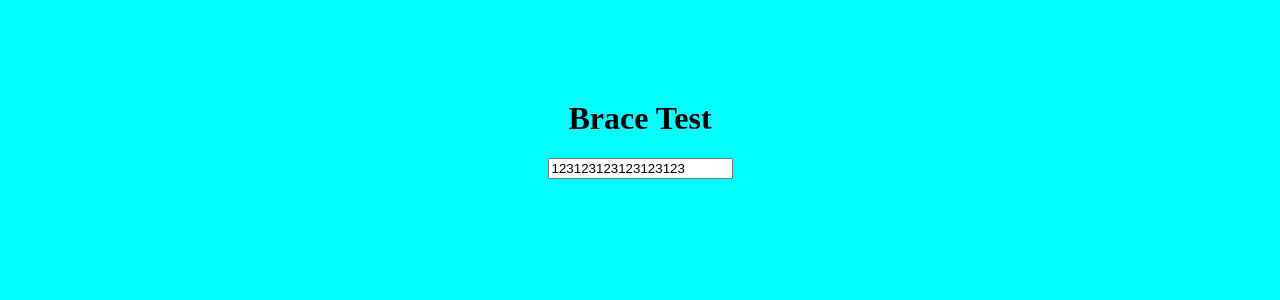
Repository: PGVlasov/braces
Page: index.html
An editor plug-in stored every save of this project. The page is shown before and after the next save, followed by the edit.
The browser window is 1280 px wide. The pictures show the whole page.
Empty fields were first filled with sample values (such as "Sample", 5 or name@example.com).
After loading, the first visible `#inputValue` was changed once.

Above is the page before, as saved 2021-04-06 19:58:54.

### index.html
<body class="body">
  <h1>Brace Test</h1>
  <link rel="stylesheet" type="text/css" href="style.css" />
  <div class="form">
    <form>
      <input
        type="text"
        class="myValidate"
        id="inputValue"
        placeholder="введите ковычки"
      />
    </form>
    <script src="index.js"></script>
  </div>
</body>

### style.css
.body {
  background-color: aqua;
  text-align: center;
  margin-top: 100px;
}

.form {
  font-style: inherit;
}

### index.js
let input = document.querySelector(".myValidate");
let btn = document.querySelector(".button-order");

input.addEventListener("keyup", function () {
  this.value = this.value.replace(/[^\d]/g, "123");
  console.log(this.value);
  return this.value;
});

let stringForTest = document.querySelector(".form");
// function checkInput() {
stringForTest.addEventListener("submit", function () {
  console.log("!!!!");
});

// }

//checkInput();
//stringForTest.addEventListener("submit", checkInput());

// console.log(`${stringForTest} + !!!`);
// btn.addEventListener("click", checkInput());

// //btn.addEventListener("click", checkInput());

After the next save:
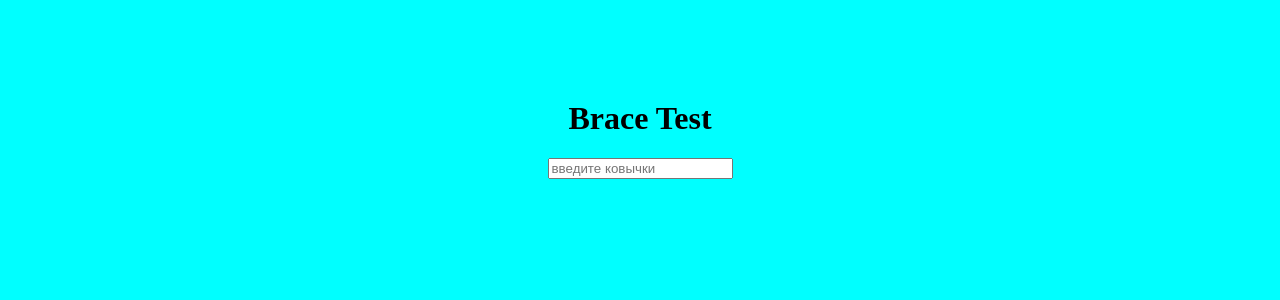
Saved 18 s later.
--- a/index.js
+++ b/index.js
@@ -2,7 +2,7 @@ let input = document.querySelector(".myValidate");
 let btn = document.querySelector(".button-order");
 
 input.addEventListener("keyup", function () {
-  this.value = this.value.replace(/[^\d]/g, "123");
+  this.value = this.value.replace(/[^\d]/g, "");
   console.log(this.value);
   return this.value;
 });
